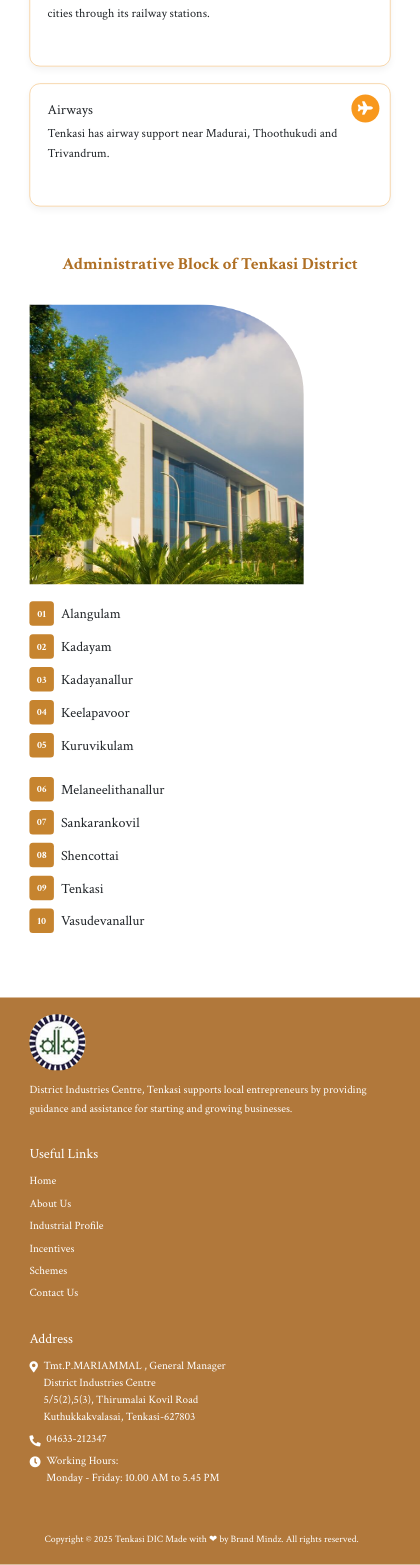
Repository: Brand-Mindz-Global-Technology-Pvt-Ltd/TenkasiDIC--FrontEnd
Page: About US/aboutus.html
These files come from the project's save history. The page is drawn as it stood at one moment and after the next save; the edit follows.
The browser window is 600 px wide. The pictures show the part of the page from y = 2600 to 4840 px (the page is 4835 px tall before and 4840 px after), at 70% of full size.

Above is the page before, as saved 2025-07-07 13:39:53.

### About US/aboutus.html
<!DOCTYPE html>
<html lang="en">
<head>
  <meta charset="UTF-8">
  <title>Tenkasi District</title>
  <link rel="shortcut icon" type="image/x-icon" href="../img/favicon.ico">
  <meta name="viewport" content="width=device-width, initial-scale=1">
  <link href="https://cdn.jsdelivr.net/npm/bootstrap@5.3.2/dist/css/bootstrap.min.css" rel="stylesheet">
  <!-- Added Crimson Text font as requested -->
  <link href="https://fonts.googleapis.com/css2?family=Crimson+Text:wght@400;600;700&display=swap" rel="stylesheet">
  <link rel="stylesheet" href="https://cdnjs.cloudflare.com/ajax/libs/font-awesome/5.15.4/css/all.min.css">
  <link rel="stylesheet" href="./aboutus.css">
  <link rel="icon" type="image/x-icon" href="../img/dic.ico">

</head>
<body>

    <!-- Banner Image Section with overlay navbar -->
  <div class="position-relative">
    <div class="container position-absolute top-0 start-50 translate-middle-x" style="z-index: 1030; padding-top: 15px; margin-top:16px;">
      <nav class="navbar navbar-expand-lg shadow" id="mainNav">
        <a class="navbar-brand" href="../LandingPage/LandingPage.html">
            <img src="../img/diclogo.jpg" alt="Logo" />
        </a>
        <button class="navbar-toggler" type="button" data-bs-toggle="collapse" data-bs-target="#navbarNav" aria-controls="navbarNav" aria-expanded="false" aria-label="Toggle navigation">
          <span class="navbar-toggler-icon">
            <span class="middle-bar"></span>
          </span>
        </button>
        <div class="collapse navbar-collapse justify-content-center" id="navbarNav">
          <ul class="navbar-nav">
            <li class="nav-item"><a class="nav-link" href="../LandingPage/LandingPage.html">Home</a></li>
            <li class="nav-item"><a class="nav-link active" href="../About US/aboutus.html">About Us</a></li>
            <li class="nav-item"><a class="nav-link" href="../Industrial Profile/Industrial.html">Industrial Profile</a></li>
            <li class="nav-item"><a class="nav-link" href="../Incentive Page/Incentives.html">Incentives</a></li>
            <li class="nav-item"><a class="nav-link " href="../Schemes/Schemes.html">Schemes</a></li>
            <li class="nav-item"><a class="nav-link" href="../Contact Page/Contactus.html">Contact Us</a></li>
          </ul>
        </div>
      </nav>
    </div>

    <div class="banner-container position-relative">
      <img src="../img/aboutus.png" alt="Schemes Banner" class="banner-image banner-blur">
      <!-- Black overlay -->
      <div class="banner-black-overlay"></div>
      <a href="https://msmeonline.tn.gov.in" class="incentives-link" target="_blank" rel="noopener noreferrer">
        For all Loans and Incentives: msmeonline.tn.gov.in
      </a>
      <div class="aboutus-banner-overlay d-flex flex-column align-items-center justify-content-end">
        <h1 class="aboutus-banner-title mb-2">About us</h1>
        <nav class="aboutus-breadcrumb" aria-label="breadcrumb">
          <ol class="breadcrumb mb-0 p-0 bg-transparent">
            <li class="breadcrumb-item">
              <a href="../LandingPage/LandingPage.html" class="aboutus-breadcrumb-link">Home</a>
            </li>
            <li class="breadcrumb-item active" aria-current="page">About us</li>
          </ol>
        </nav>
      </div>
    </div>
  </div>
<div class="container mt-4">
  <!-- District Overview -->
  <div class="row align-items-center">
    <div class="col-md-5 text-center mb-4">
      <img src="../img/tenkasimap.png" alt="Tenkasi Map" class="map-img">
    </div>
    <div class="col-md-7">
      <div class="glance-title">District at a Glance</div>
      <div class="about-title">About District</div>
      <p>
        The new Tenkasi district was bifurcated from Tirunelveli in 2019. Tenkasi District is located in the south western region of Tamilnadu. It is surrounded by Tirunelveli district in the south east and Virudhunagar in the North. The total geographical area of the district is 2882.44sq.kms. It comprises of 8 Talukas 5 Municipalities, 18 Town panchayaths, 246 revenue villages, 221 village panchayaths.
              </p>
      <p>
        The Chittar river flows through the district.  The famous Coutrallam Falls is on Chittar River. The waterfalls of Courtallam are said to have medicinal value as they run through forest and herbs before their descent. Courtallam is called as "Spa of South India". Tamil poet ThirikoodaRasappaKavirayar sang about the beauty of this place in his "KutraalaKuravanji".
      </p>
<p>
  The Kutralanathaswamy temple is the location of ChitraSabha, one of the five abodes or Sabhas of Nataraja, a form of Lord Shiva. The temple has inscriptions dating back to the thirteenth century CE. Records show that VeeraPandyan, ParakramaPandyan and the Nayaks ruled the region.

</p>

      <div class="row text-center mt-4">
        <div class="stats-container p-4" style="background: white; border-radius: 15px;     box-shadow: 0 0 25px 5px rgba(0, 0, 0, 0.25);
">
          <div class="row">
            <div class="col-6 col-md-3 mb-3 mb-md-0">
              <div class="stats-item" style="padding: 15px; border-right: 1px solid #eee;">
                <div class="count" data-target="2882.43" style="font-size: 2rem; font-weight: 700; color: #b1783b;">0</div>
                <div class="count-label" style="color: #666;">Area Sq.km</div>
              </div>
            </div>
            <div class="col-6 col-md-3 mb-3 mb-md-0">
              <div class="stats-item" style="padding: 15px; border-right: 1px solid #eee;">
                <div class="count" data-target="1440795" style="font-size: 2rem; font-weight: 700; color: #b1783b;">0</div>
                <div class="count-label" style="color: #666;">Populations</div>
              </div>
            </div>
            <div class="col-6 col-md-3">
              <div class="stats-item" style="padding: 15px; border-right: 1px solid #eee;">
                <div class="count" data-target="714215" style="font-size: 2rem; font-weight: 700; color: #b1783b;">0</div>
                <div class="count-label" style="color: #666;">Male</div>
              </div>
            </div>
            <div class="col-6 col-md-3">
              <div class="stats-item" style="padding: 15px;">
                <div class="count" data-target="726580" style="font-size: 2rem; font-weight: 700; color: #b1783b;">0</div>
                <div class="count-label" style="color: #666;">Female</div>
              </div>
            </div>
          </div>
        </div>
      </div>
    </div>
  </div>

  <div class="text-center mb-5">

    <div class="about-title mt-4">FORMATION OF DISTRICT INDUSTRIES CENTRE, TENKASI</div>
    <p>
      Tenkasi district was formed on 21.12.2019 vide G.O.(ms).No.476 dated 21.12.2019 of Revenue and Disaster Management Development, Revenue Administration wing [RAI(1)] section by bifurcating from Tirunelveli District. Tenkasi is it's headquartering which is the largest Municipality in the area of Tenkasi District.

    </p>
    <p>

      District Industries Centre, Tenkasi was formed vide G.O.Ms.No.7 MSME (F) Dept dated 29.01.2021 and has been functioning from 26.02.2021
    </p>
  </div>

  <!-- Connectivity -->
  <div class="connectivity-title">Connectivity To Reach</div>
  <div class="row justify-content-between align-items-center">
    <div class="col-md-1 text-center d-none d-md-block">
      <img src="../img/left.jpg" alt="Plug Left" class="plug-img">
    </div>
    <div class="col-12 col-md-10">
      <div class="row">
        <div class="col-md-4 mb-4">
          <div class="connect-card">
            <div class="connect-icon"><i class="fas fa-road"></i></div>
            <h5>Roadways</h5>
            <p>Tenkasi district has a well-connected road network with national and state highways.</p>
          </div>
        </div>
        <div class="col-md-4 mb-4">
          <div class="connect-card">
            <div class="connect-icon"><i class="fas fa-subway"></i></div>
            <h5>Railways</h5>
            <p>Tenkasi district has rail transport connectivity with several major cities through its railway stations.</p>
          </div>
        </div>
        <div class="col-md-4 mb-4">
          <div class="connect-card">
            <div class="connect-icon"><i class="fas fa-plane"></i></div>
            <h5>Airways</h5>
            <p>Tenkasi has airway support near Madurai, Thoothukudi and Trivandrum.</p>
          </div>
        </div>
      </div>
    </div>
    <div class="col-md-1 text-center d-none d-md-block">
      <img src="../img/right.jpg" alt="Plug Right" class="plug-img">
    </div>
  </div>

  <!-- Administrative Blocks - Updated to match Image 1 layout -->
  <div class="admin-title">Administrative Block of Tenkasi District</div>
  <div class="admin-blocks">
    <div class="row align-items-center">
      <div class="col-lg-6 mb-4 mb-lg-0">
        <img src="../img/Admin.png" class="admin-image" alt="Admin Building">
      </div>
      <div class="col-lg-6">
        <div class="row">
          <div class="col-12 col-md-6 mb-3 mb-md-0">
            <ul class="admin-list" style="font-size: 1.2rem; padding-left: 0;">
              <li style="margin-bottom: 0.75rem;"><span class="admin-number">01</span> Alangulam</li>
              <li style="margin-bottom: 0.75rem;"><span class="admin-number">02</span> Kadayam</li>
              <li style="margin-bottom: 0.75rem;"><span class="admin-number">03</span> Kadayanallur</li>
              <li style="margin-bottom: 0.75rem;"><span class="admin-number">04</span> Keelapavoor</li>
              <li style="margin-bottom: 0.75rem;"><span class="admin-number">05</span> Kuruvikulam</li>
            </ul>
          </div>
          <div class="col-12 col-md-6">
            <ul class="admin-list" style="font-size: 1.2rem; padding-left: 0;">
              <li style="margin-bottom: 0.75rem;"><span class="admin-number">06</span> Melaneelithanallur</li>
              <li style="margin-bottom: 0.75rem;"><span class="admin-number">07</span> Sankarankovil</li>
              <li style="margin-bottom: 0.75rem;"><span class="admin-number">08</span> Shencottai</li>
              <li style="margin-bottom: 0.75rem;"><span class="admin-number">09</span> Tenkasi</li>
              <li style="margin-bottom: 0.75rem;"><span class="admin-number">10</span> Vasudevanallur</li>
            </ul>
          </div>
        </div>
        <style>
          @media (max-width: 767.98px) {
            .admin-list {
              margin-bottom: 0;
            }
            .admin-list li {
              margin-bottom: 0.rem !important;
              padding-left: 0 !important;
            }
          }
        </style>
      </div>
    </div>
  </div>
</div>
<footer class="py-4">
  <div class="container">
      <div class="row">
          <div class="col-md-4 mb-4 mb-md-0">
              <div class="d-flex align-items-center mb-3">
                  <img src="../img/diclogo.jpg" alt="DIC Logo" style="width: 80px; height: 80px;" class="me-3">
              </div>
              <p class="text-white" style="font-size: 16px;">
                  District Industries Centre, Tenkasi supports local entrepreneurs by providing guidance and assistance for starting and growing businesses.
              </p>
          </div>
          <div class="col-md-4 mb-4 mb-md-0">
              <h5 class="text-white mb-3">Useful Links</h5>
              <ul class="list-unstyled">
                <li class="mb-2"><a href="../LandingPage/LandingPage.html" class="text-white text-decoration-none">Home</a></li>
                <li class="mb-2"><a href="../About US/aboutus.html" class="text-white text-decoration-none">About Us</a></li>
                <li class="mb-2"><a href="../Industrial Profile/Industrial.html" class="text-white text-decoration-none">Industrial Profile</a></li>
                <li class="mb-2"><a href="../Incentive Page/Incentives.html" class="text-white text-decoration-none">Incentives</a></li>
                <li class="mb-2"><a href="../Schemes/Schemes.html" class="text-white text-decoration-none">Schemes</a></li>
                <li class="mb-2"><a href="../Contact Page/Contactus.html" class="text-white text-decoration-none">Contact Us</a></li>
              </ul>
          </div>
          <div class="col-md-4 mb-4 mb-md-0">
            <h5 class="text-white mb-3">Address</h5>
            <ul class="list-unstyled">
              <li class="mb-2 text-white d-flex align-items-start">
                <i class="fas fa-map-marker-alt text-white me-2 mt-1"></i>
                <div>
                  <span>Tmt.P.MARIAMMAL , General Manager</span><br>
                  <span>District Industries Centre</span><br>
                  <span>5/5(2),5(3), Thirumalai Kovil Road</span><br>
                  <span>Kuthukkakvalasai, Tenkasi-627803</span>
                </div>
              </li>
              <li class="mb-2 text-white d-flex align-items-center">
                <i class="fas fa-phone-alt text-white me-2 mt-1"></i>
                <a href="tel:04633-212347" class="text-white text-decoration-none">04633-212347</a>
              </li>
              <li class="mb-2 text-white d-flex align-items-start">
                <i class="fas fa-clock text-white me-2 mt-1"></i>
                <div>
                  <span>Working Hours:</span><br>
                  <span>Monday - Friday: 10.00 AM to 5.45 PM</span>
                </div>
              </li>
            </ul>
        </div>

      <div class="row mt-4">
          <div class="col-12 text-center">
            <p class="text-white mb-0" style="font-size: 14px;">Copyright © 2025 Tenkasi DIC Made with ❤ by <a href="https://www.brandmindz.com/" target="_blank" style="color: white; text-decoration: none;">Brand Mindz</a>. All rights reserved.</p>          </div>
      </div>
  </div>
</footer>
<script>
  const counters = document.querySelectorAll('.count');
  counters.forEach(counter => {
    const updateCount = () => {
      const target = +counter.getAttribute('data-target');
      const isDecimal = counter.getAttribute('data-target').includes(".");
      const count = +counter.innerText;
      const speed = 100;
      const increment = target / speed;

      if (count < target) {
        counter.innerText = isDecimal
          ? (count + increment).toFixed(2)
          : Math.ceil(count + increment);
        setTimeout(updateCount, 20);
      } else {
        counter.innerText = isDecimal ? target.toFixed(2) : target.toLocaleString();
      }
    };
    updateCount();
  });
</script>
<script src="https://cdn.jsdelivr.net/npm/bootstrap@5.3.3/dist/js/bootstrap.bundle.min.js"></script>
  <script>
    document.addEventListener('DOMContentLoaded', function() {
      // Fixed navbar on scroll
      window.addEventListener('scroll', function() {
        const navbar = document.getElementById('mainNav');
        const body = document.body;
        const navbarContainer = navbar.parentElement;

        if (window.scrollY > 100) {
          // When scrolled, make navbar fixed at top
          navbar.classList.add('fixed-top');
          navbar.classList.remove('position-relative');
          body.classList.add('scrolled');

          // Remove the container's positioning to allow navbar to be full width
          navbarContainer.classList.remove('position-absolute', 'top-0', 'start-50', 'translate-middle-x');
          navbarContainer.style.width = '100%';
          navbarContainer.style.maxWidth = '100%';
          navbarContainer.style.padding = '0';
        } else {
          // Reset to original state when at top
          navbar.classList.remove('fixed-top');
          navbar.classList.add('position-relative');
          body.classList.remove('scrolled');

          // Restore the container's positioning
          navbarContainer.classList.add('position-absolute', 'top-0', 'start-50', 'translate-middle-x');
          navbarContainer.style.width = '';
          navbarContainer.style.maxWidth = '';
          navbarContainer.style.padding = '';
        }
      });

      // Get all navigation links
      const navLinks = document.querySelectorAll('.nav-link');

      // Get the collapse element
      const navbarCollapse = document.getElementById('navbarNav');
      const bsCollapse = new bootstrap.Collapse(navbarCollapse, {toggle: false});

      // Add click event listener to each navigation link
      navLinks.forEach(function(navLink) {
        navLink.addEventListener('click', function() {
          // Close the navbar when a link is clicked
          if (navbarCollapse.classList.contains('show')) {
            bsCollapse.hide();
          }
        });
      });

      // Close navbar when clicking outside
      document.addEventListener('click', function(event) {
        // Check if the navbar is expanded and the click is outside the navbar
        const isNavbarExpanded = navbarCollapse.classList.contains('show');
        const isClickInsideNavbar = navbarCollapse.contains(event.target);
        const isClickOnToggler = event.target.classList.contains('navbar-toggler') ||
                                event.target.classList.contains('navbar-toggler-icon');

        if (isNavbarExpanded && !isClickInsideNavbar && !isClickOnToggler) {
          bsCollapse.hide();
        }
      });
    });
  </script>
</body>
</html>

### About US/aboutus.css
.navbar-nav .nav-link:hover,
   .navbar-nav .nav-link.active {
       color: #af6f24 !important;
   }
body {
 font-family: 'Crimson Text', serif;
 background: #fff;
}
p {
 font-size: 1.1rem;
 line-height: 1.6;
}
.map-img {
 width: 100%;
 max-width: 400px;
 height: auto;
}
.about-title {
 color: #af6f24;
 font-size: 1.5rem;
 font-weight: 700;
 margin-bottom: 1rem;
}
.glance-title {
 font-size: 1.2rem;
 font-weight: 600;
 margin-bottom: 0.5rem;
}
.count {
 font-size: 1.8rem;
 font-weight: 600;
}
.count-label {
 font-size: 1rem;
 color: #555;
}

.connectivity-title, .admin-title {
 color: #af6f24;
 font-size: 1.8rem;
 font-weight: 700;
 text-align: center;
 margin: 60px 0 30px;
}

.connect-card {
  border: 1px solid #f5c78c;
  border-radius: 15px;
  padding: 25px;
  box-shadow: 0 5px 10px rgba(0,0,0,0.05);
  background-color: white;
  height: 100%;
  position: relative;
  transition: box-shadow 0.3s, transform 0.3s, border-color 0.3s;
}

.connect-card:hover, .connect-card:focus-within {
  box-shadow: 0 8px 24px rgba(175, 111, 36, 0.18), 0 1.5px 8px rgba(0,0,0,0.10);
  transform: translateY(-6px) scale(1.02);
  border-color: #af6f24;
  z-index: 2;
}
footer {
       background-color: #b1783b;
       color: white;
       padding: 20px 0;
   }
.connect-icon {
 background-color: #f8981d;
 color: white;
 font-size: 1.2rem;
 width: 40px;
 height: 40px;
 display: flex;
 align-items: center;
 justify-content: center;
 border-radius: 50%;
 position: absolute;
 top: 15px;
 right: 15px;
}

.plug-img {
 max-width: 100px;
 height: auto;
}

/* Admin block styles - updated for compact layout like in Image 1 */
.admin-blocks {
 padding: 20px 0;
 max-width: 1000px;
 margin: 0 auto;
}

.admin-list {
 list-style: none;
 padding: 0;
 margin: 0;
}

.admin-list li {
display: flex
;
align-items: center;
margin-bottom: 23px;
font-size: 20PX;
}
.admin-number {
 background-color: #c6842f;
 color: white;
 font-weight: bold;
 border-radius: 5px;
 width: 40px;
 height: 40px;
 margin-right: 10px;
 display: flex;
 align-items: center;
 justify-content: center;
}

.admin-image {
 width: 76%;
 border-top-right-radius: 129px;
 height: auto;
 max-height: 400px;
 object-fit: fill;
}

/* Enhanced responsive design */
@media (max-width: 991px) {
 .count {
   font-size: 1.5rem;
 }
 .count-label {
   font-size: 0.9rem;
 }
}

@media (max-width: 768px) {
 .connect-card {
   margin-bottom: 20px;
 }
 .admin-blocks .row > div {
   margin-bottom: 30px;
 }
 .admin-number {
   width: 35px;
   height: 35px;
   font-size: 0.9rem;
 }
 .connectivity-title, .admin-title {
   font-size: 1.5rem;
   margin: 40px 0 20px;
 }
}

@media (max-width: 576px) {
 .about-title {
   font-size: 1.3rem;
 }
 .glance-title {
   font-size: 1.1rem;
 }
 .count {
   font-size: 1.3rem;
 }
 .count-label {
   font-size: 0.8rem;
 }
 .admin-number {
   width: 30px;
   height: 30px;
 }
 .admin-list li {
   font-size: 0.9rem;
   margin-bottom: 10px;
 }
}

/* Banner Styles */
.banner-container {
position: relative;
width: 100%;
height: 500px;
overflow: hidden;
margin-bottom: 30px;


}

.banner-image {
 width: 100%;
 height: 100%;
 object-fit: cover;
}

.incentives-link {
 position: absolute;
 bottom: 20px;
 right: 20px;
 background-color: rgba(255, 255, 255, 0.9);
 padding: 10px 15px;
 border-radius: 8px;
 font-weight: 600;
 color: #b1783b;
 text-decoration: none;
 box-shadow: 0 2px 10px rgba(0, 0, 0, 0.1);
 transition: all 0.3s ease;
}

.incentives-link:hover {
 background-color: #b1783b;
 color: white;
}

/* Responsive adjustments */
@media (max-width: 767px) {
 .section-title {
   font-size: 1.4rem;
 }
 .icon-box {
   flex-direction: column;
   text-align: center;
   align-items: center;
 }
 .icon-box i {
   margin-bottom: 10px;
 }
 .form-section {
   padding: 20px;
 }
 .contact-card {
   min-height: auto;
 }
 .banner-container {
   height: 500px;
 }
 .incentives-link {
   font-size: 0.9rem;
   padding: 8px 12px;
 }
}

@media (max-width: 575px) {
 .section-title {
   font-size: 1.2rem;
 }
 .icon-box {
   margin-bottom: 1rem;
 }
 .form-section {
   padding: 15px;
 }
 .email-break {
   word-break: break-all;
 }
 .banner-container {
   height: 250px;
 }
 .incentives-link {
   font-size: 0.8rem;
   padding: 6px 10px;
   bottom: 10px;
   right: 10px;
 }
}
body.scrolled {
 padding-top: 90px; /* Add padding when navbar is fixed */
}
/* Navbar Styles */
.navbar {
 border-radius: 40px;
 padding: 0.75rem 1.5rem;
 background-color: white;
 width: 100%;
 max-width: 1320px;
 margin: 0 auto;
 transition: all 0.3s ease;
}

.navbar.fixed-top {
 position: fixed;
 top: 0;
 left: 0;
 right: 0;
 z-index: 1030;
 max-width: 100%;
 border-radius: 0;
 box-shadow: 0 2px 10px rgba(0, 0, 0, 0.1);
}

.navbar-brand img {
 width: 50px;
 height: auto;
}

.nav-link {
 position: relative;
 font-weight: 600;
 color: black !important;
 margin: 0 10px;
 transition: color 0.3s ease;
}

.nav-link:hover {
 opacity: 0.8;
}

.nav-link.active::after {
 content: "";
 position: absolute;
 bottom: 4px;
 left: 0;
 width: 100%;
 height: 2px;
 background-color: black;
}

/* Custom hamburger to X icon */
.navbar-toggler {
 border: none;
 background: transparent;
 padding: 0;
}

.navbar-toggler:focus {
 box-shadow: none;
}

.navbar-toggler .navbar-toggler-icon {
 background-image: none;
 position: relative;
 height: 24px;
 width: 30px;
 transition: all 0.3s ease;
}

.navbar-toggler .navbar-toggler-icon:before,
.navbar-toggler .navbar-toggler-icon:after,
.navbar-toggler .navbar-toggler-icon .middle-bar {
 content: '';
 position: absolute;
 width: 100%;
 height: 3px;
 background-color: #333;
 border-radius: 2px;
 left: 0;
 transition: all 0.3s ease;
}

.navbar-toggler .navbar-toggler-icon:before {
 top: 0;
}

.navbar-toggler .navbar-toggler-icon .middle-bar {
 top: 50%;
 transform: translateY(-50%);
}

.navbar-toggler .navbar-toggler-icon:after {
 bottom: 0;
}

.navbar-toggler[aria-expanded="true"] .navbar-toggler-icon:before {
 transform: rotate(45deg);
 top: 11px;
}

.navbar-toggler[aria-expanded="true"] .navbar-toggler-icon .middle-bar {
 opacity: 0;
}

.navbar-toggler[aria-expanded="true"] .navbar-toggler-icon:after {
 transform: rotate(-45deg);
 bottom: 10px;
}

.banner-black-overlay {
  position: absolute;
  top: 0;
  left: 0;
  right: 0;
  bottom: 0;
  width: 100%;
  height: 100%;
  background: rgba(18, 18, 18, 0.814);
  z-index: 1;
  pointer-events: none;
}

.aboutus-banner-overlay {
  position: absolute;
  top: 50%;
  left: 50%;
  bottom: 50px;
  transform: translate(-50%, -50%);
  z-index: 2;
  width: 100%;
  display: flex;
  flex-direction: column;
  align-items: center;
  justify-content: center;
  text-align: center;
  pointer-events: none;
  padding: 20px;
}

.aboutus-banner-title {
  color: #fff;
  font-size: 3rem;
  font-weight: 700;
  letter-spacing: 1px;
  text-shadow: 0 2px 8px rgba(0, 0, 0, 0.685);
  margin-bottom: 0.5rem;
  pointer-events: auto;
}

.aboutus-breadcrumb {
  font-size: 1.2rem;
  pointer-events: auto;
}

.aboutus-breadcrumb .breadcrumb {
  background: transparent;
  margin-bottom: 0;
  padding: 0;
}

.aboutus-breadcrumb-link {
  color: #f7c873;
  text-decoration: underline;
  transition: color 0.2s;
}

.aboutus-breadcrumb-link:hover,
.aboutus-breadcrumb-link:focus {
  color: #af6f24;
  text-decoration: underline;
}

.aboutus-breadcrumb .breadcrumb-item + .breadcrumb-item::before {
  content: "→";
  color: #fff;
  padding: 0 0.5em;
  font-size: 1.1em;
}

.aboutus-breadcrumb .breadcrumb-item.active {
  color: #fff;
  font-weight: 600;
}

/* Tablet optimization */
@media (max-width: 991.98px) {
  .aboutus-banner-overlay {
    top: 60%;
  }

  .aboutus-banner-title {
    font-size: 2.5rem;
  }

  .aboutus-breadcrumb {
    font-size: 1.1rem;
  }
}

/* Mobile optimization */
@media (max-width: 767.98px) {
  .aboutus-banner-overlay {
    top: 65%;
  }

  .aboutus-banner-title {
    font-size: 2rem;
  }

  .aboutus-breadcrumb {
    font-size: 1rem;
  }

  .aboutus-banner-overlay {
    padding: 0 15px;
  }
}

/* Small mobile optimization */
@media (max-width: 575.98px) {
  .aboutus-banner-overlay {
    top: 70%;
  }

  .aboutus-banner-title {
    font-size: 1.5rem;
  }

  .aboutus-breadcrumb {
    font-size: 0.9rem;
  }

  .aboutus-banner-overlay {
    padding: 0 10px;
  }
}

/* Extra small mobile optimization */
@media (max-width: 375px) {
  .aboutus-banner-overlay {
    top: 75%;
  }

  .aboutus-banner-title {
    font-size: 1.2rem;
  }

  .aboutus-breadcrumb {
    font-size: 0.8rem;
  }
}

  .banner-container .incentives-link {
    position: absolute;
    bottom: 20px;
    right: 20px;
    background-color: rgba(255, 255, 255, 0.92);
    padding: 10px 15px;
    border-radius: 8px;
    font-weight: 600;
    color: #b1783b;
    text-decoration: none;
    box-shadow: 0 2px 10px rgba(0, 0, 0, 0.10);
    transition: all 0.3s ease;
    z-index: 3;
  }

  .banner-container .incentives-link:hover {
    background-color: #b1783b;
    color: #fff;
  }

After the next save:
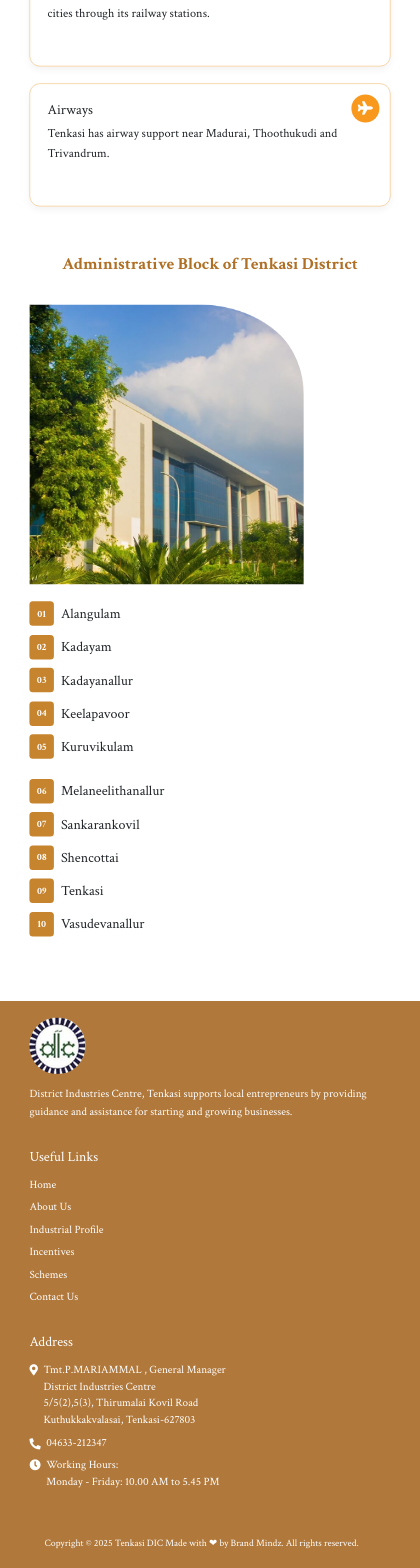
Saved 4 s later.
--- a/About US/aboutus.html
+++ b/About US/aboutus.html
@@ -197,7 +197,7 @@
               margin-bottom: 0;
             }
             .admin-list li {
-              margin-bottom: 0.rem !important;
+              margin-bottom: 0.78rem !important;
               padding-left: 0 !important;
             }
           }
